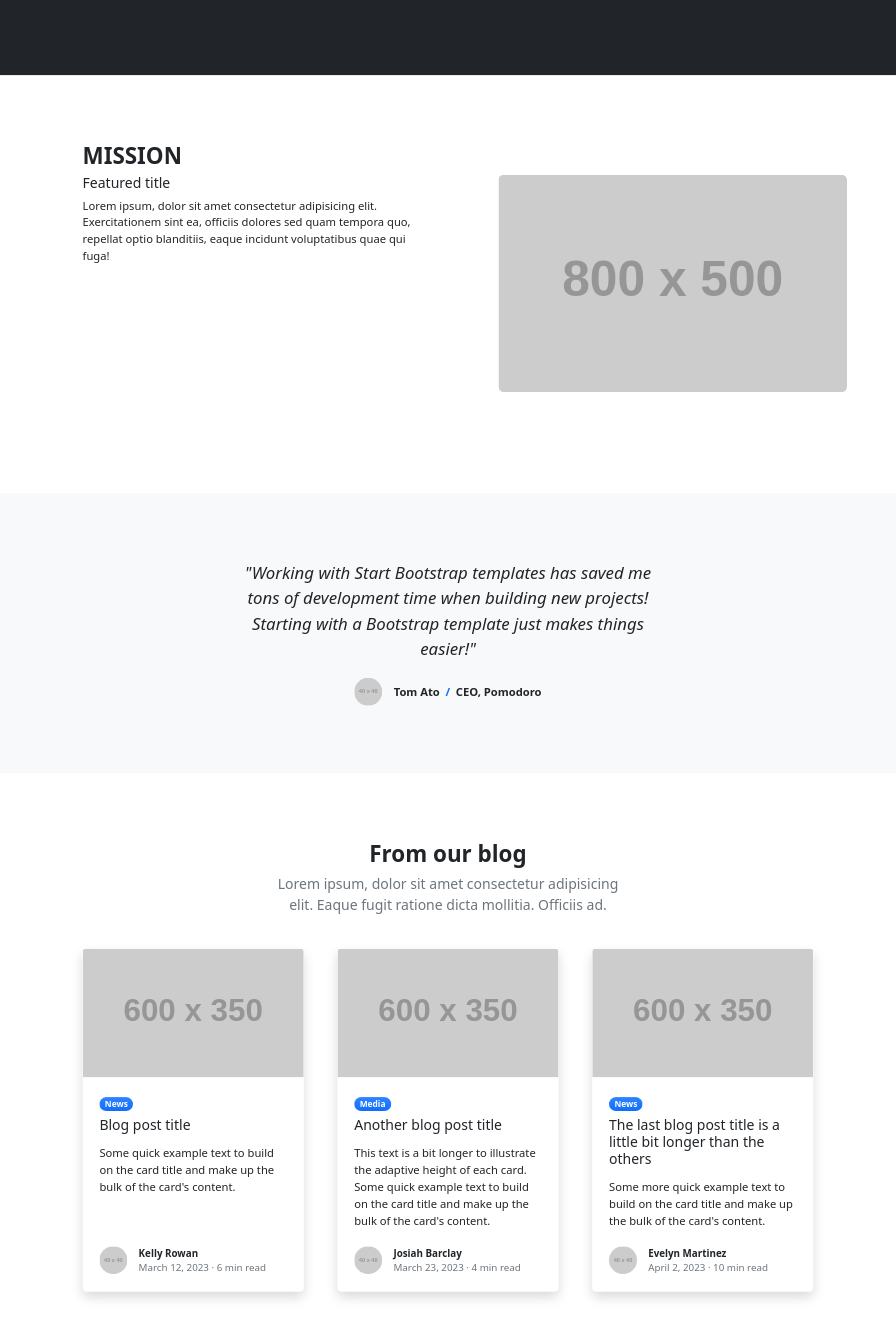
Repository: DragonFruit8/BeTheSpark
Page: index.html
The author's editor kept a copy of each file at every save. The page is drawn from the files as they stood at one save, then again after the next save.
The browser window is 1280 px wide. The pictures show the part of the page from y = 375 to 2295 px (the page is 2648 px tall before and 2664 px after), at 70% of full size.

Above is the page before, as saved 2024-01-14 07:54:40.

After the next save:
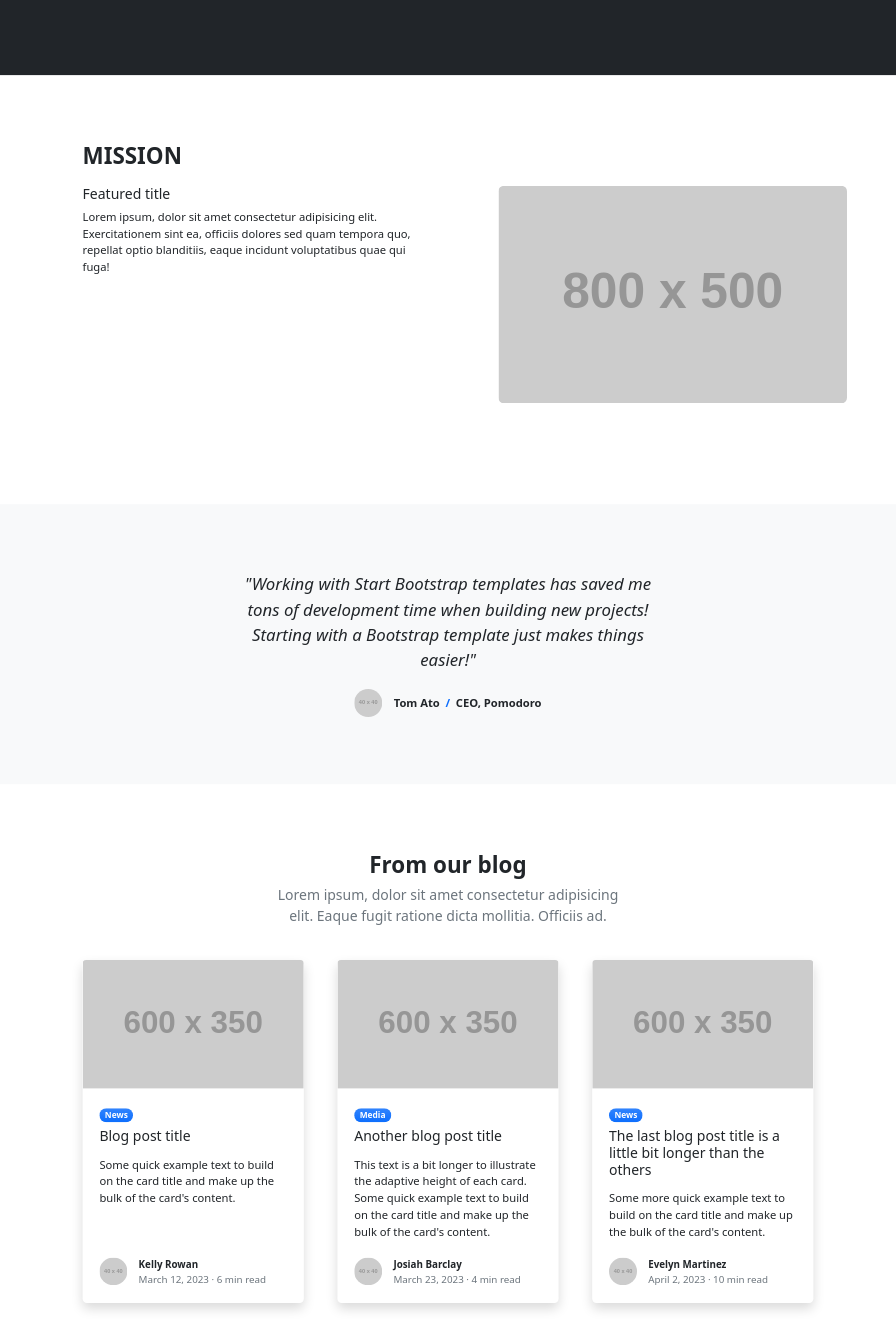
Saved 6 s later.
--- a/index.html
+++ b/index.html
@@ -69,7 +69,7 @@
             <section class="py-5" id="features">
                 <div class="container px-5 my-5">
                     <div class="row gx-5">
-                        <div class="col-lg-4 mb-5 mb-lg-0"><h2 class="fw-bolder mb-2">MISSION</h2></div>
+                        <div class="col-lg-4 mb-5 mb-lg-0"><h2 class="fw-bolder mb-4">MISSION</h2></div>
                         <div class="row-lg-8">
                             <div class="row gx-5 row-cols-1 row-cols-md-2">
                                 <div class="col mb-5 h-100">
